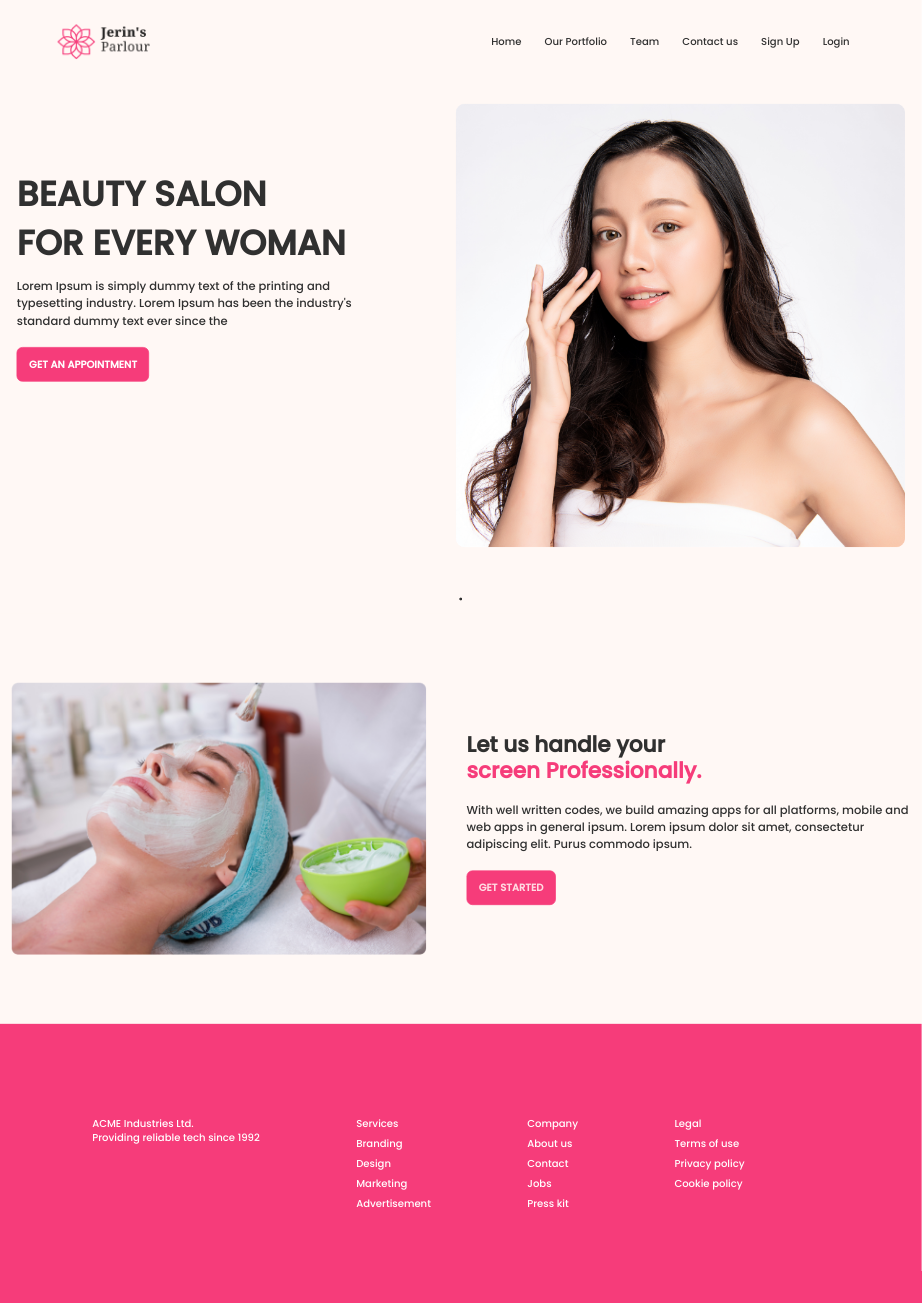
Repository: Wahid137/jerins-parlour-client
Page: /
An editor plug-in stored every save of this project. The page is shown before and after the next save, followed by the edit.
The browser window is 1280 px wide. The pictures show the whole page, at 72% of full size.
The page's requests for data from a server got no answer. The project was rebuilt for these pictures with package versions that can differ from the ones it lists, and the page was loaded fresh each time. No one was signed in, and anything a server would have sent is missing. Also part of the build but not shown: src/App.css, src/Pages/Home/Services/ServicesCard.js.

Above is the page before, as saved 2023-07-16 04:15:26.

After the next save:
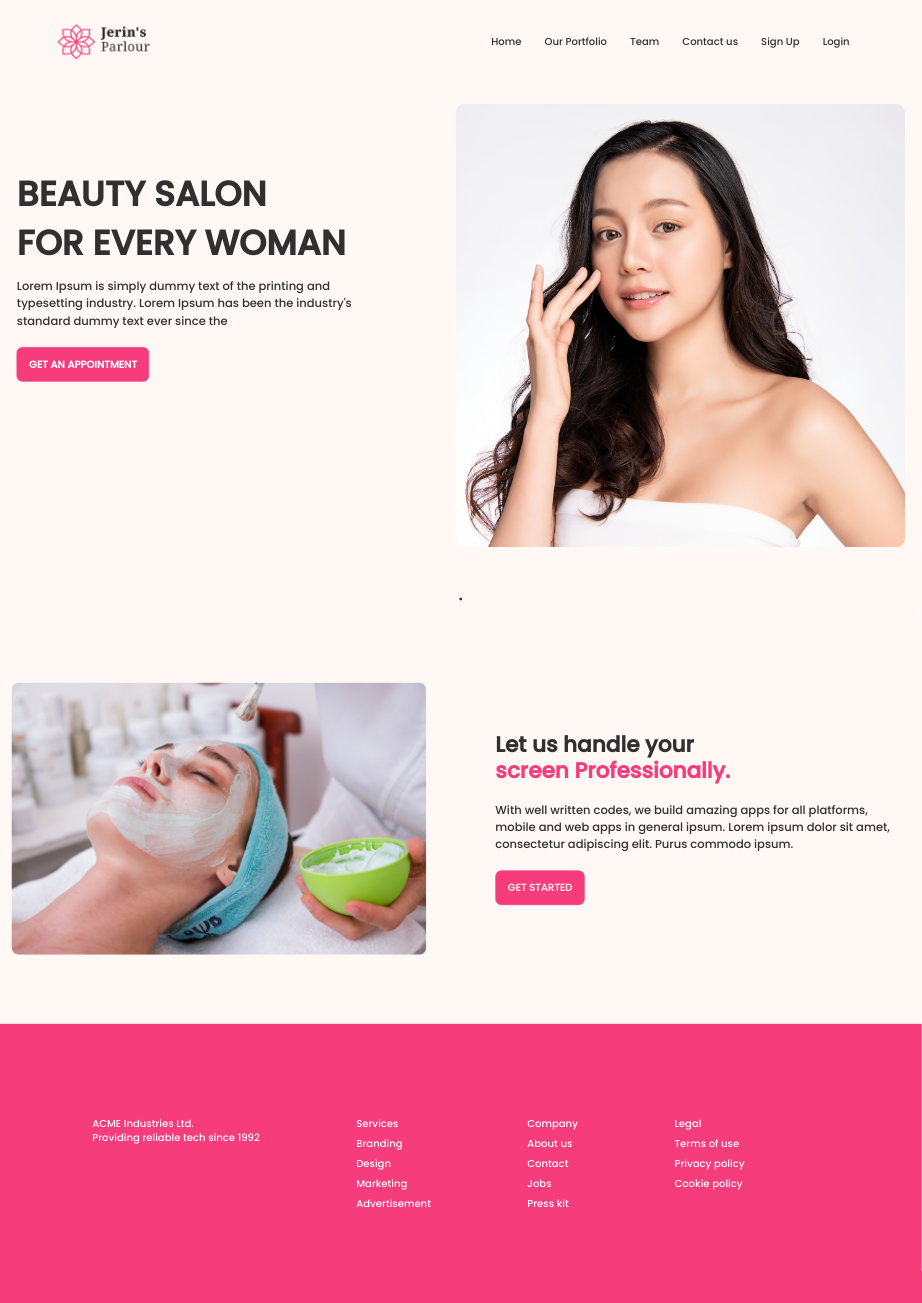
Saved 2 min 35 s later.
--- a/src/Pages/Home/Screen/Screen.js
+++ b/src/Pages/Home/Screen/Screen.js
@@ -6,7 +6,7 @@ const Screen = () => {
         <div className="hero py-20 bg-secondary">
             <div className="hero-content flex-col lg:flex-row">
                 <img src={face} className="max-w-xl rounded-lg" alt="" />
-                <div className='lg:w-1/2 ms-10'>
+                <div className='lg:w-1/2 ms-20'>
                     <h1 className="text-3xl font-semibold">Let us handle your <br /><span className='text-primary'>screen Professionally.</span></h1>
                     <p className="py-6">With well written codes, we build amazing apps for all platforms, mobile and web apps in general ipsum. Lorem ipsum dolor sit amet, consectetur adipiscing elit. Purus commodo ipsum.</p>
                     <button className="btn btn-primary">Get Started</button>
